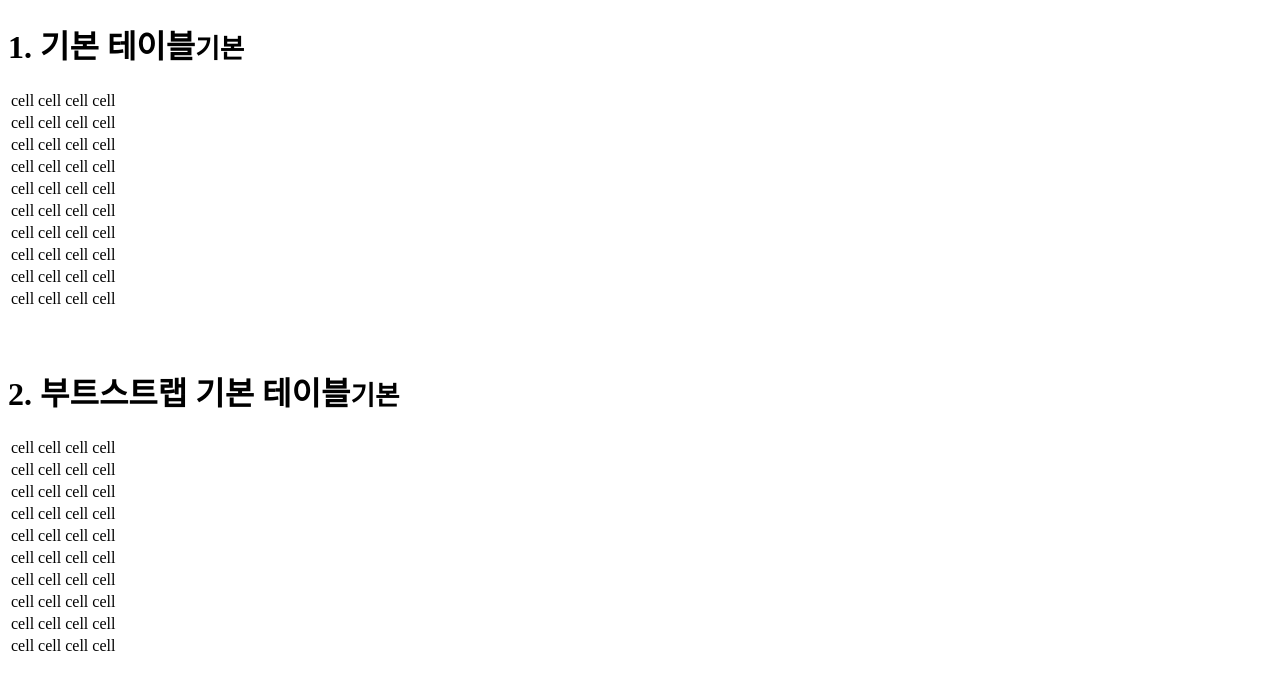
Repository: yhj4130/BootstrapStudy
Page: BootstrapWork/WebContent/BootEx02.html
These files come from the project's save history. The page is drawn as it stood at one moment and after the next save; the edit follows.
The browser window is 1280 px wide. The pictures show the whole page.

Above is the page before, as saved 2019-06-12 01:42:21.

After the next save:
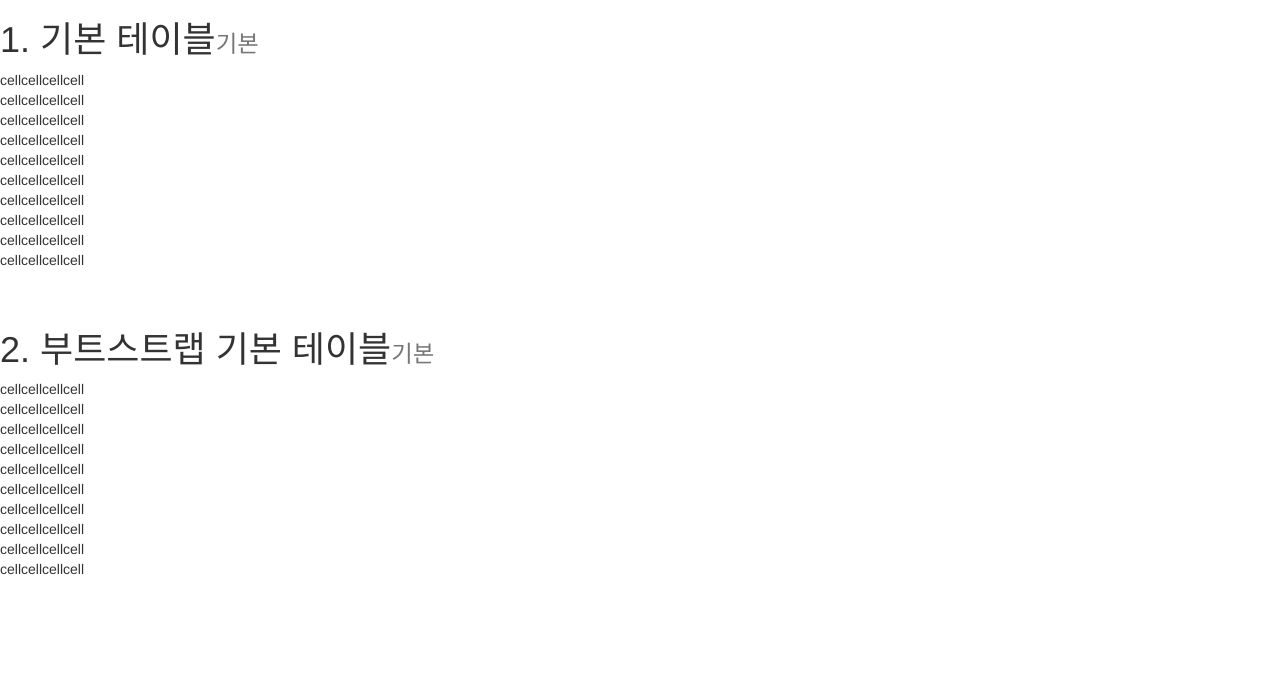
Saved 26 s later.
--- a/BootstrapWork/WebContent/BootEx02.html
+++ b/BootstrapWork/WebContent/BootEx02.html
@@ -3,6 +3,10 @@
 <head>
 <meta charset="UTF-8">
 <title>BootEx02.html</title>
+
+<link rel="stylesheet" href="css/bootstrap.css">
+<script type="text/javascript" src="js/jquery-3.4.1.min.js"></script>
+<script type="text/javascript" src="js/bootstrap.min.js"></script>
 
 <style type="text/css">
 	/* 테이블 기본 서식 */
